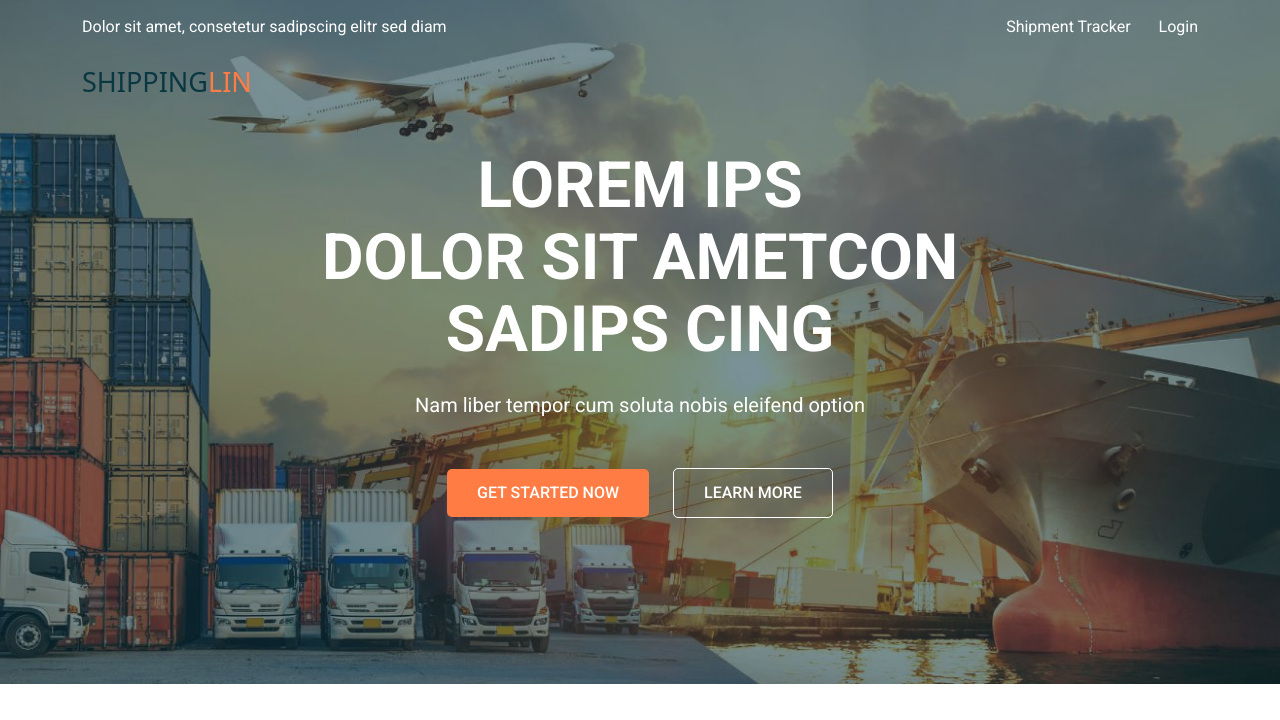
Repository: nazmulalok/shipping-template
Page: index.html
The author's editor kept a copy of each file at every save. The page is drawn from the files as they stood at one save, then again after the next save.
The browser window is 1280 px wide. The pictures show the whole page.

Above is the page before, as saved 2022-10-03 13:35:28.

After the next save:
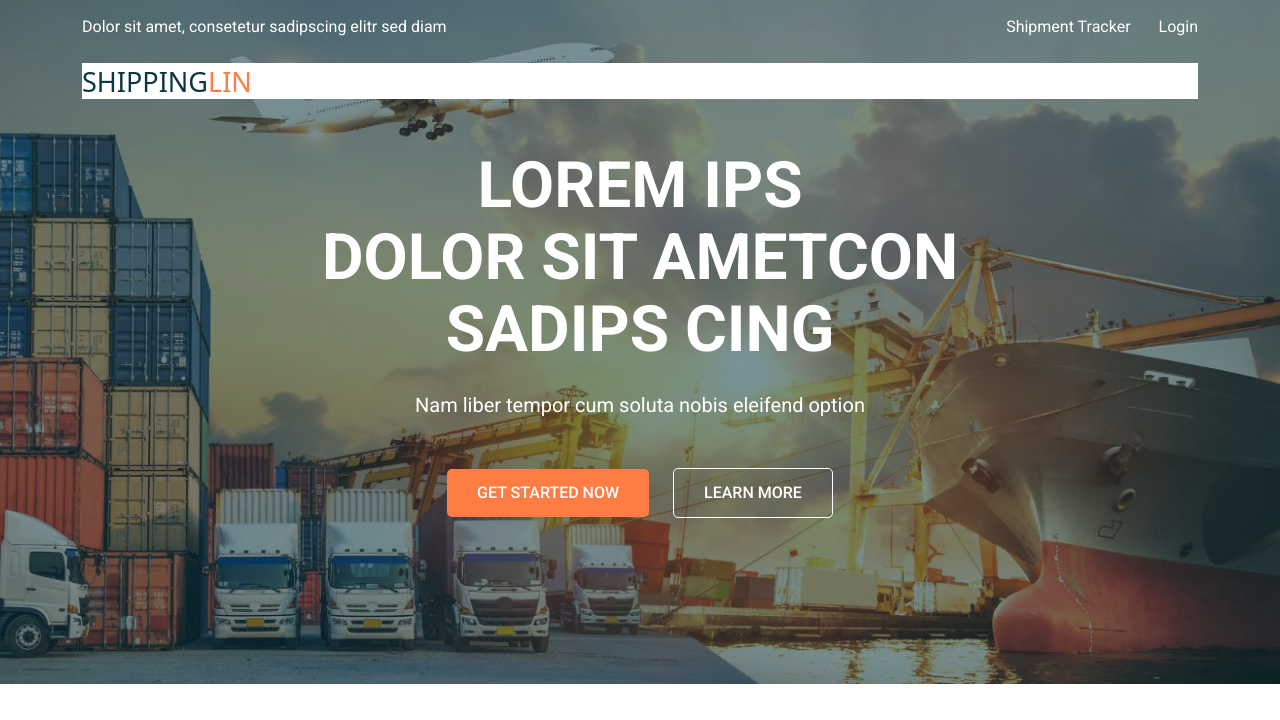
Saved 13 s later.
--- a/style.css
+++ b/style.css
@@ -108,4 +108,6 @@ a.common-btn.outline-btn:hover {
     color: var(--tertiary-color);
 }
 
-.header-area {}
+.header-area {
+    background: var(--tertiary-color);
+}
